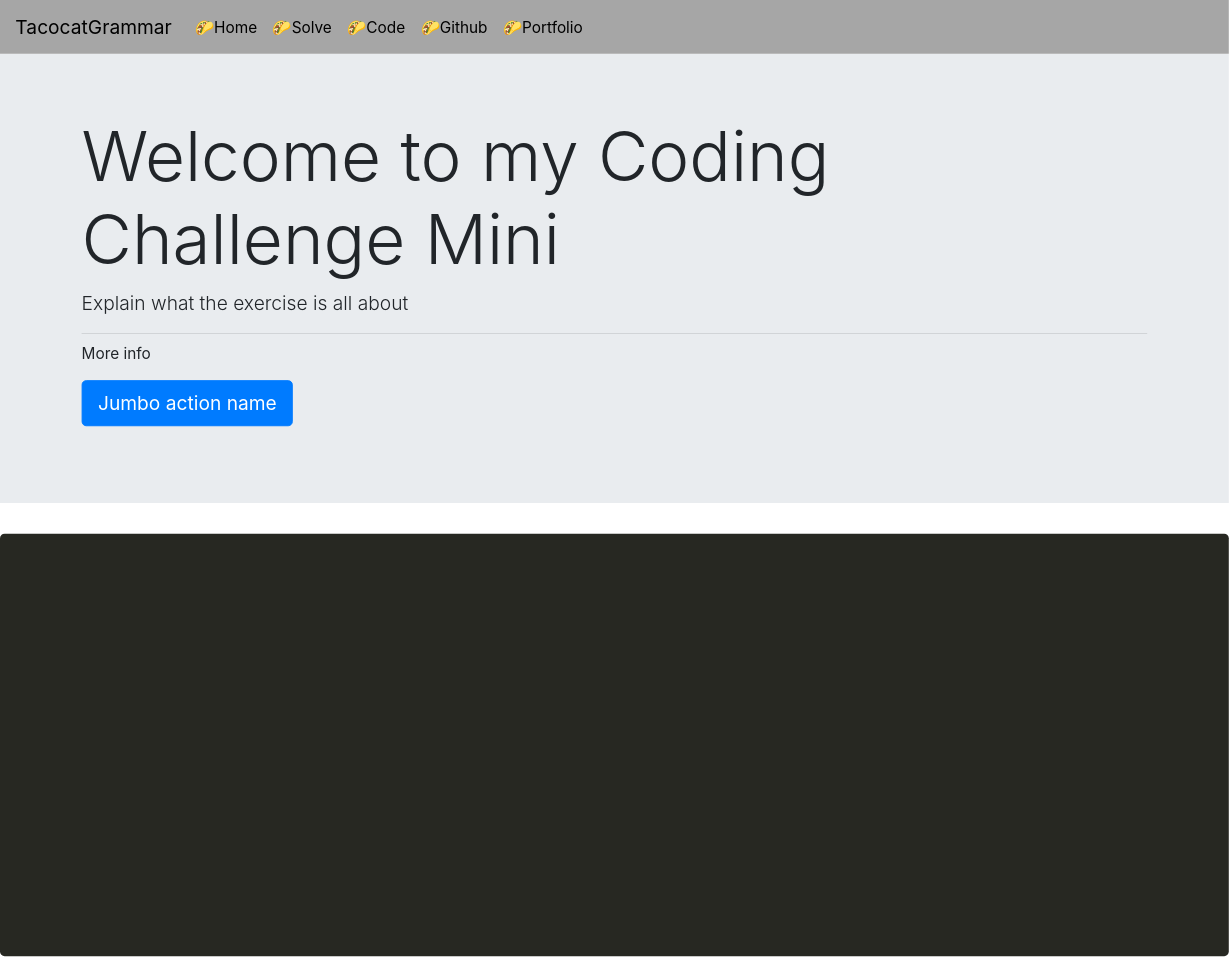
Repository: zhadjah9559/TacocatGrammar
Page: code.html
An editor plug-in stored every save of this project. The page is shown before and after the next save, followed by the edit.
The browser window is 1280 px wide. The pictures show the whole page, at 96% of full size.

Above is the page before, as saved 2021-01-14 20:00:06.

After the next save:
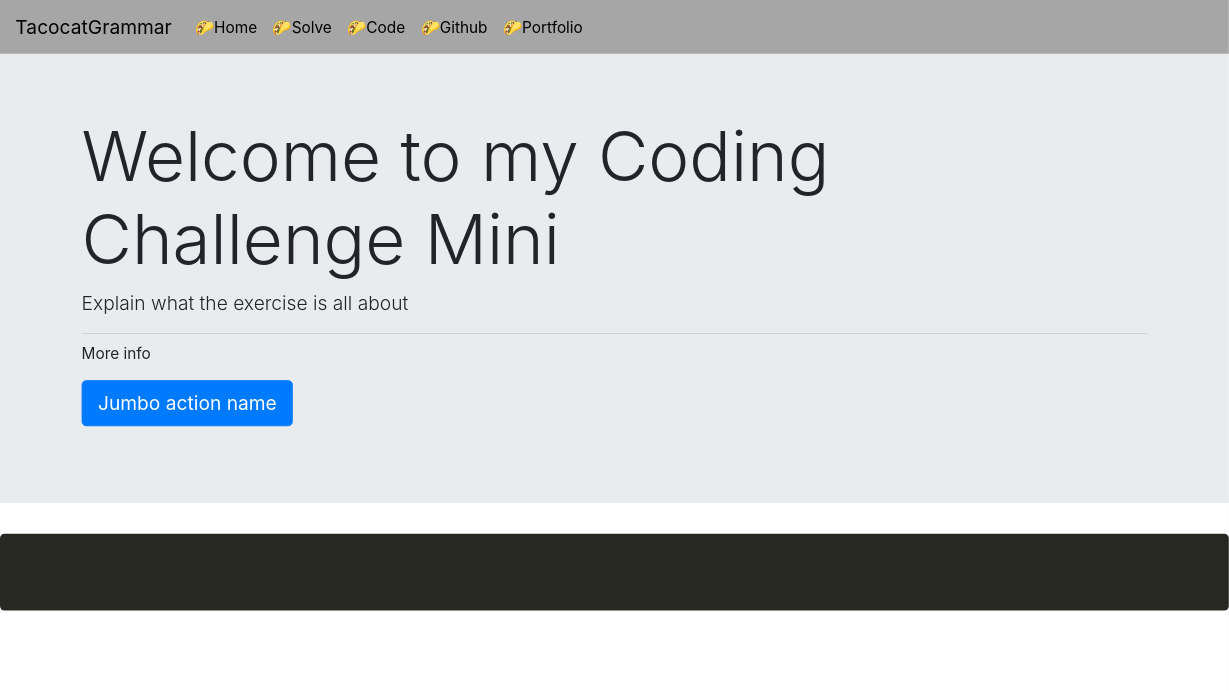
Saved 8 s later.
--- a/code.html
+++ b/code.html
@@ -55,6 +55,8 @@
 
     <pre class="language-javascript">
         <code class="line-numbers">
+        </code>
+    </pre>
 
 
 
